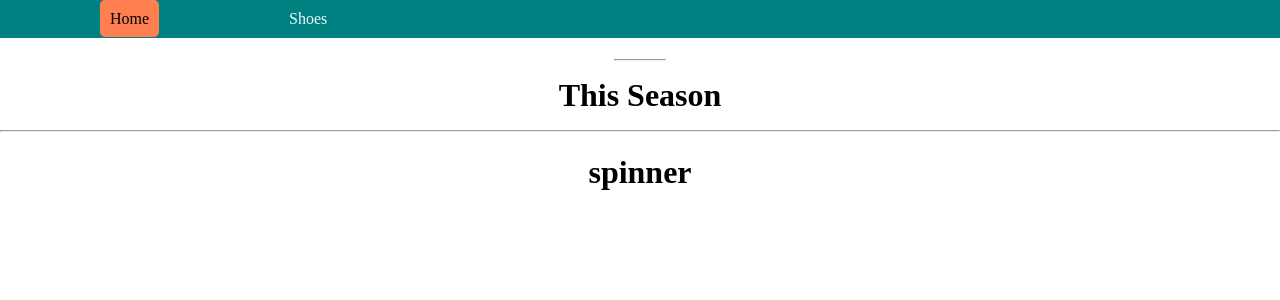
Repository: SalehK98/shop_app
Page: /
These files come from the project's save history. The page is drawn as it stood at one moment and after the next save; the edit follows.
The browser window is 1280 px wide. The pictures show the whole page.
The page's requests for data from a server got no answer. The project was rebuilt for these pictures with package versions that can differ from the ones it lists, and the page was loaded fresh each time. No one was signed in, and anything a server would have sent is missing. Also part of the build but not shown: src/components/ShoeCard/ShoeCard.jsx, src/pages/Shoes/Shoes.jsx, src/pages/Shoe/Shoe.jsx, src/pages/Error/Error.jsx. Imported but missing from the stored project, and not drawn on this page: src/assets/video/preview.mp4.

Above is the page before, as saved 2023-02-28 11:16:03.

### src/index.css
body {
  margin: 0;
  padding: 0;
  box-sizing: border-box;

  font-family: cursive;
  /* font-family: -apple-system, BlinkMacSystemFont, "Segoe UI", "Roboto", "Oxygen",
    "Ubuntu", "Cantarell", "Fira Sans", "Droid Sans", "Helvetica Neue",
    sans-serif;
  -webkit-font-smoothing: antialiased;
  -moz-osx-font-smoothing: grayscale; */
}

code {
  font-family: source-code-pro, Menlo, Monaco, Consolas, "Courier New",
    monospace;
}

#root {
  margin: 0;
  padding: 0;
}

### src/App.js
import "./App.css";
import { createBrowserRouter, RouterProvider } from "react-router-dom";
import Home from "./pages/Home/Home";
import Shoes from "./pages/Shoes/Shoes";
import Shoe from "./pages/Shoe/Shoe";
import Error from "./pages/Error/Error";
import LayoutWrapper from "./components/LayoutWrapper/LayoutWrapper";

function App() {
  const router = createBrowserRouter([
    {
      path: "",
      element: <LayoutWrapper />,
      errorElement: <Error />,
      children: [
        {
          path: "/",
          element: <Home />,
        },
        {
          path: "shoes",
          element: <Shoes />,
        },
        {
          path: "shoes/:showId",
          element: <Shoe />,
        },
        {
          path: "addShoe",
          element: <Shoes />,
        },
      ],
    },
  ]);
  return (
    <div className="App">
      <RouterProvider router={router} />
    </div>
  );
}

export default App;

### src/App.css
.App {
  text-align: center;
  margin: 0;
  padding: 0;
}

### src/pages/Home/Home.jsx
import React, { useEffect, useRef, useState } from "react";
import preview from "../../assets/video/preview.mp4";
import ShoeCard from "../../components/ShoeCard/ShoeCard";
import fetchData from "../../utilities";

export default function Home() {
  const [data, setData] = useState(null);
  // const video = new VideoPlayer();

  const videoRef = useRef(null);

  const [playing, setPlaying] = useState(false);

  useEffect(() => {
    fetchData().then((res) => {
      setData(res);
      console.log("data", data);
    });
  }, []);

  return (
    <div>
      {/* <video
        onClick={() => {
          console.log("videoRef3", videoRef);
        }}
        onCanPlay={() => {
          console.log("videoRef", videoRef);
          console.log("playing", playing);
          setPlaying(true);
          console.log("videoRef", videoRef);
          console.log("playing", playing);
        }}
        onPlaying={() => {
          console.log("videoRef2", videoRef);
        }}
        // onClick={handleClick}
        // ref={videoRef}
        src={preview}
        autoPlay
        // loop
        // muted
        controls
        width="80%"
        // height="80vh"
        style={{
          boxSizing: "border-box",
          // marginTop: "70px",
          padding: "0",
          zIndex: "-2",
          // position: "relative",
        }}
      /> */}
      {/* {playVideo()} */}
      <h1>
        <hr width="50px" />
        This Season
        <hr />
      </h1>

      {data ? (
        data.map((el) => {
          return <h1>{el.name}</h1>;
        })
      ) : (
        <h1>spinner</h1>
      )}
      {/* <ShoeCard /> */}
    </div>
  );
}

### src/components/LayoutWrapper/LayoutWrapper.jsx
import React from "react";
import { Outlet } from "react-router";
import NavBar from "../NavBar/NavBar";

export default function LayoutWrapper() {
  return (
    <div>
      <NavBar />
      <Outlet />
    </div>
  );
}

### src/utilities.js
async function fetchData() {
  let data;
  await fetch("https://63fa279abeec322c57ee67b5.mockapi.io/shop/shoe")
    .then((res) => {
      if (!res.ok) {
        throw new Error("response was not ok");
      }
      return res.json();
    })
    .then((results) => {
      data = results;
    })
    .catch((err) => {
      console.log("Error", err);
    });
  console.log("here", data);
  return data;
}

export default fetchData;

### src/components/NavBar/NavBar.jsx
import React from "react";
import { NavLink } from "react-router-dom";
import "./NavBar.module.css";

export default function NavBar() {
  let activeStyle = {
    color: "black",
    backgroundColor: "coral",
    border: "transparent",
    borderRadius: "5px",
  };
  return (
    <nav>
      <ul>
        <li>
          <NavLink
            to="/"
            style={({ isActive }) => (isActive ? activeStyle : undefined)}
          >
            Home
          </NavLink>
        </li>
        <li>
          <NavLink
            to="/shoes"
            style={({ isActive }) => (isActive ? activeStyle : undefined)}
          >
            Shoes
          </NavLink>
        </li>
      </ul>
    </nav>
  );
}

### src/components/NavBar/NavBar.module.css
nav {
  background-color: teal;
}

ul {
  margin: 0;
  list-style: none;
  display: flex;
  position: sticky;
  top: 0;
  left: 0;
}

li {
  margin: 0 50px;
  padding: 10px;
}

ul li a {
  text-decoration: none;
  color: aliceblue;
  padding: 10px;
}

Loaded but not shown: public/index.html (common file); src/index.js (common file); src/reportWebVitals.js (common file)

After the next save:
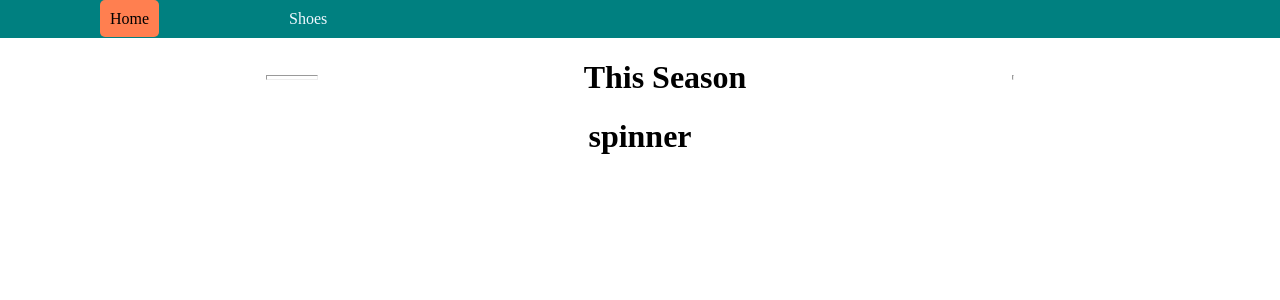
Saved 33 s later.
--- a/src/pages/Home/Home.jsx
+++ b/src/pages/Home/Home.jsx
@@ -52,7 +52,7 @@ export default function Home() {
         }}
       /> */}
       {/* {playVideo()} */}
-      <h1>
+      <h1 style={{ display: "flex" }}>
         <hr width="50px" />
         This Season
         <hr />
